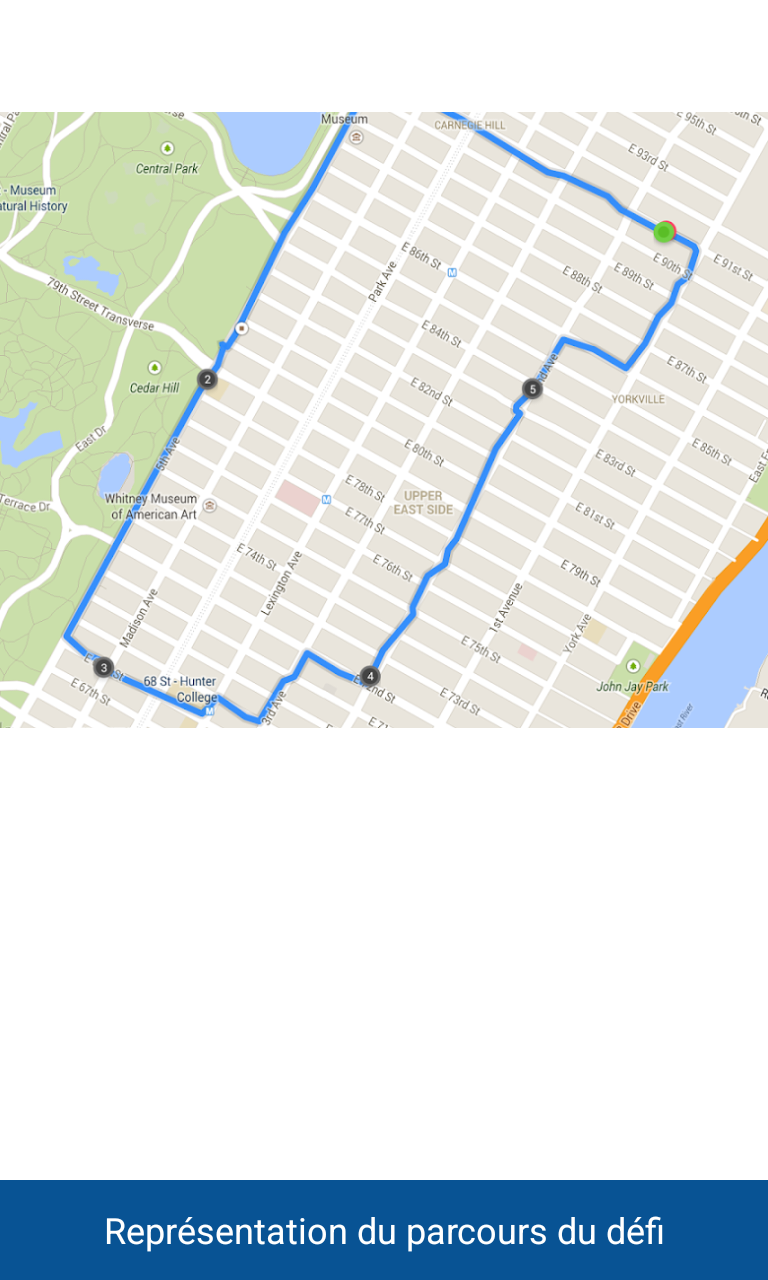
Repository: dekeym/Projet-IHM
Layout: WorkSpace/ChallengeMe/res/layout/fragment_classement.xml
These files come from the project's save history. The layout is drawn as it stood at one moment and after the next save; the edit follows.
It is drawn on a 768 x 1280 px phone screen (xhdpi) without system bars, with theme android:Theme.Holo.Light.DarkActionBar; the app's code is not run.

Above is the layout before, as saved 2014-12-18 16:41:40.

After the next save:
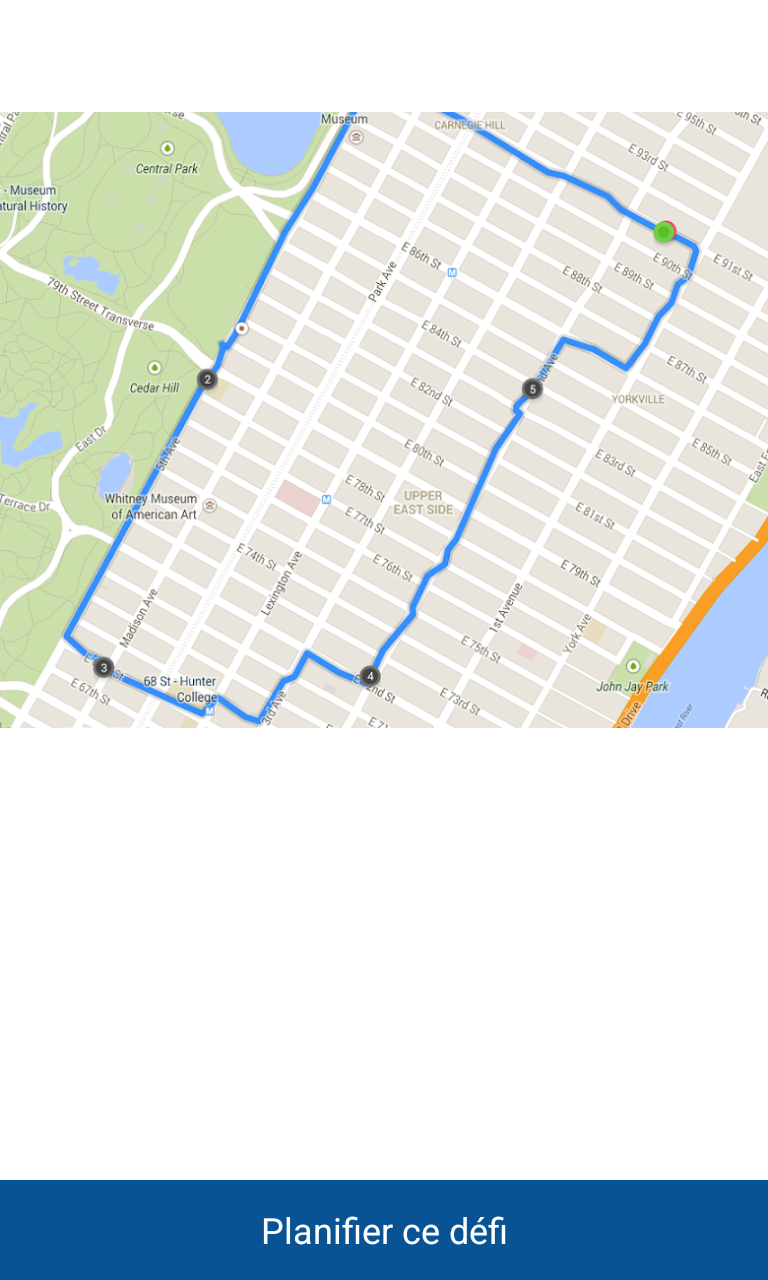
Saved 79 s later.
--- a/WorkSpace/ChallengeMe/res/layout/fragment_classement.xml
+++ b/WorkSpace/ChallengeMe/res/layout/fragment_classement.xml
@@ -20,7 +20,7 @@
         android:layout_alignParentLeft="true"
         android:background="#085394"
         android:gravity="center"
-        android:text="Représentation du parcours du défi"
+        android:text="Planifier ce défi"
         android:textAppearance="?android:attr/textAppearanceMedium"
         android:textColor="@android:color/white" />
 
@@ -33,7 +33,21 @@
         android:layout_toRightOf="@+id/imageView1"
         android:background="#333333"
         android:gravity="center"
-        android:text="Liste des défis autour de moi"
+        android:text="Classement du défi"
+        android:textAppearance="?android:attr/textAppearanceMedium"
+        android:textColor="@android:color/white"
+        android:textSize="14sp" />
+
+    <TextView
+        android:id="@+id/rankingtextView3"
+        android:layout_width="match_parent"
+        android:layout_height="50dp"
+        android:layout_alignParentRight="true"
+        android:layout_alignParentTop="true"
+        android:layout_toRightOf="@+id/imageView1"
+        android:background="#333333"
+        android:gravity="center"
+        android:text="Classement du défi"
         android:textAppearance="?android:attr/textAppearanceMedium"
         android:textColor="@android:color/white"
         android:textSize="14sp" />
